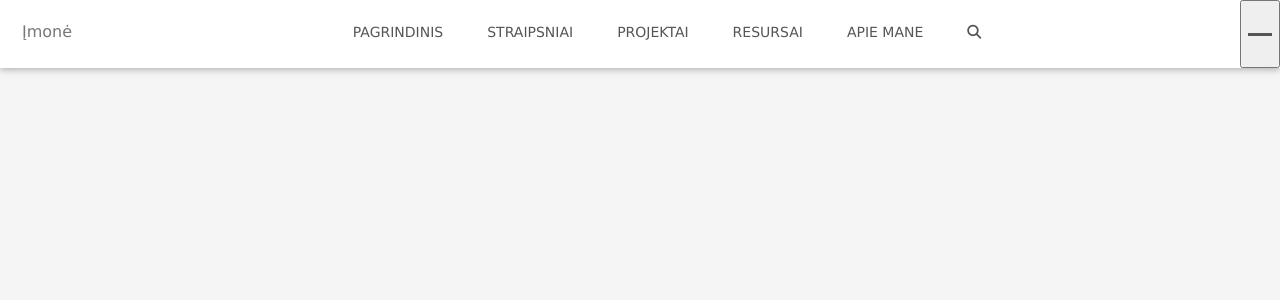
Repository: motiejus1/14-paskaita-05.31
Page: index.html
An editor plug-in stored every save of this project. The page is shown before and after the next save, followed by the edit.
The browser window is 1280 px wide. The pictures show the whole page.
Some web libraries are served in a nearby version.

Above is the page before, as saved 2021-06-23 19:37:46.

### index.html
<!DOCTYPE html>
<html lang="en">
<head>
    <meta charset="UTF-8">
    <meta http-equiv="X-UA-Compatible" content="IE=edge">
    <meta name="viewport" content="width=device-width, initial-scale=1.0">
    <title>14 paskaita</title>

    <link rel="stylesheet" href="http://maxcdn.bootstrapcdn.com/font-awesome/latest/css/font-awesome.min.css">
    <style>
        html {
            font-size: 16px;
        }

        body {
            max-width: 1920px;
            margin: 0 auto;
            font-family: Verdana, Arial, sans-serif;
            line-height: 1.25rem;
            color:#333;
            background-color: #f5f5f5;
        }

        .container {
            width: 100%;
            margin: auto;
        }

        a {
            text-decoration: none;
            transition: all 0.3s ease;
        }

        .area {
            display: flex;
            /* flex-direction:row; */
            /* flex-wrap: wrap; */

            flex-flow: row wrap;
            align-items: stretch;
            justify-content: space-between;
            margin-left: auto;
        }

        .navbar-component {
            background-color: white;
            box-shadow: 0 2px 5px rgba(0,0,0,0.16), 0 2px 10px rgba(0,0,0,0.12);
        }

        .brand {
            display:block;
            font-size: 1rem;
            color: #777;
            margin: 1.375rem;
        }

        .list {
            display:flex;
        }

        .item {
            display: block;
            height: 4rem;
            line-height: 4rem;
            padding-left: 1.375rem;
            padding-right: 1.375rem;
            text-transform: uppercase;
            color: #555;
            font-size: 0.875rem;
        }

        .item.-link {
            border-bottom: 4px solid transparent;
        }

        .item.-link:hover {
            color: #333;
            border-bottom-color: #673ab7 ;
        }

        .icon {
            display: block;
            width: 1.5rem;
            height: 0.1875rem;
            background-color: #555555;

        }

        .icon:after, .icon:before {
            position:absolute;
            content:"";
        }


    </style>
</head>
<body>
    <div class="container">
        <div class="navbar-component">
            <div class="navbar area">
                <a href="#" class="brand">Įmonė</a>

                <nav id="navigation" class="list">
                    <a href="#" class="item -link">Pagrindinis</a>
                    <a href="#" class="item -link" >Straipsniai</a>
                    <a href="#" class="item -link">Projektai</a>
                    <a href="#"class="item -link">Resursai</a>
                    <a href="#" class="item -link">Apie mane</a>
                    <span class="item">
                        <i class="fa fa-search"></i>
                    </span>
                </nav>

                <button id="hamburger" class="toggle">
                    <span class="icon"></span>
                </button>

            </div>

        </div>
    </div>

</body>
</html>

After the next save:
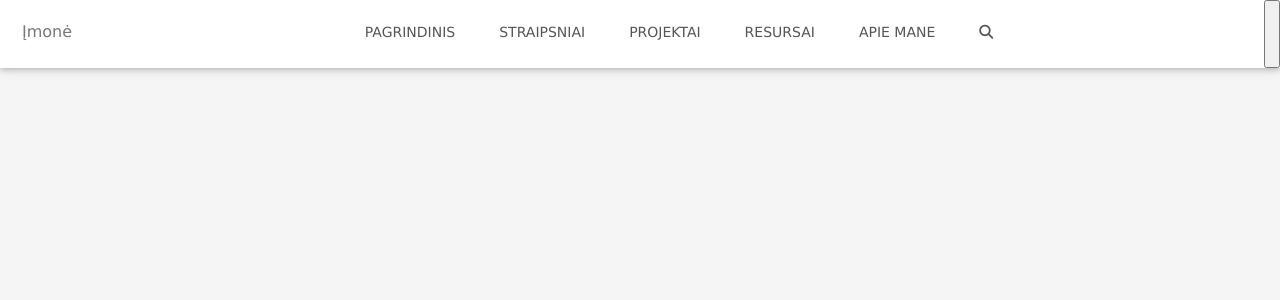
Saved 6 s later.
--- a/index.html
+++ b/index.html
@@ -78,7 +78,7 @@
             border-bottom-color: #673ab7 ;
         }
 
-        .icon {
+        .icon,  {
             display: block;
             width: 1.5rem;
             height: 0.1875rem;

After the save that followed:
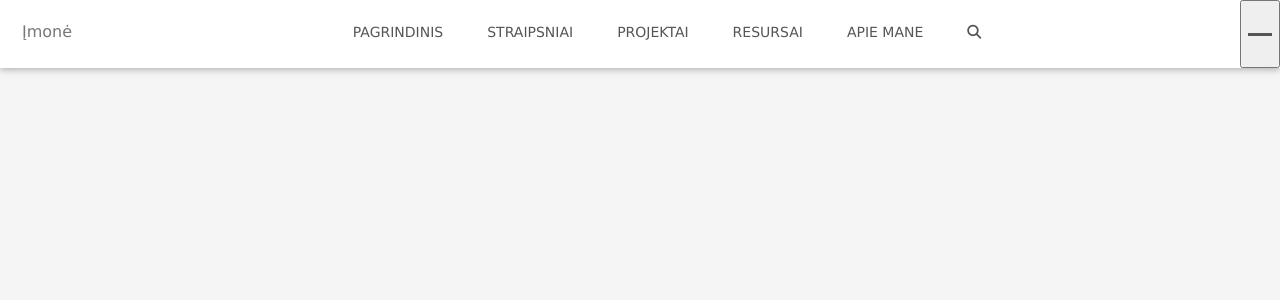
Saved 7 s later.
--- a/index.html
+++ b/index.html
@@ -78,7 +78,7 @@
             border-bottom-color: #673ab7 ;
         }
 
-        .icon,  {
+        .icon, .icon:after {
             display: block;
             width: 1.5rem;
             height: 0.1875rem;
